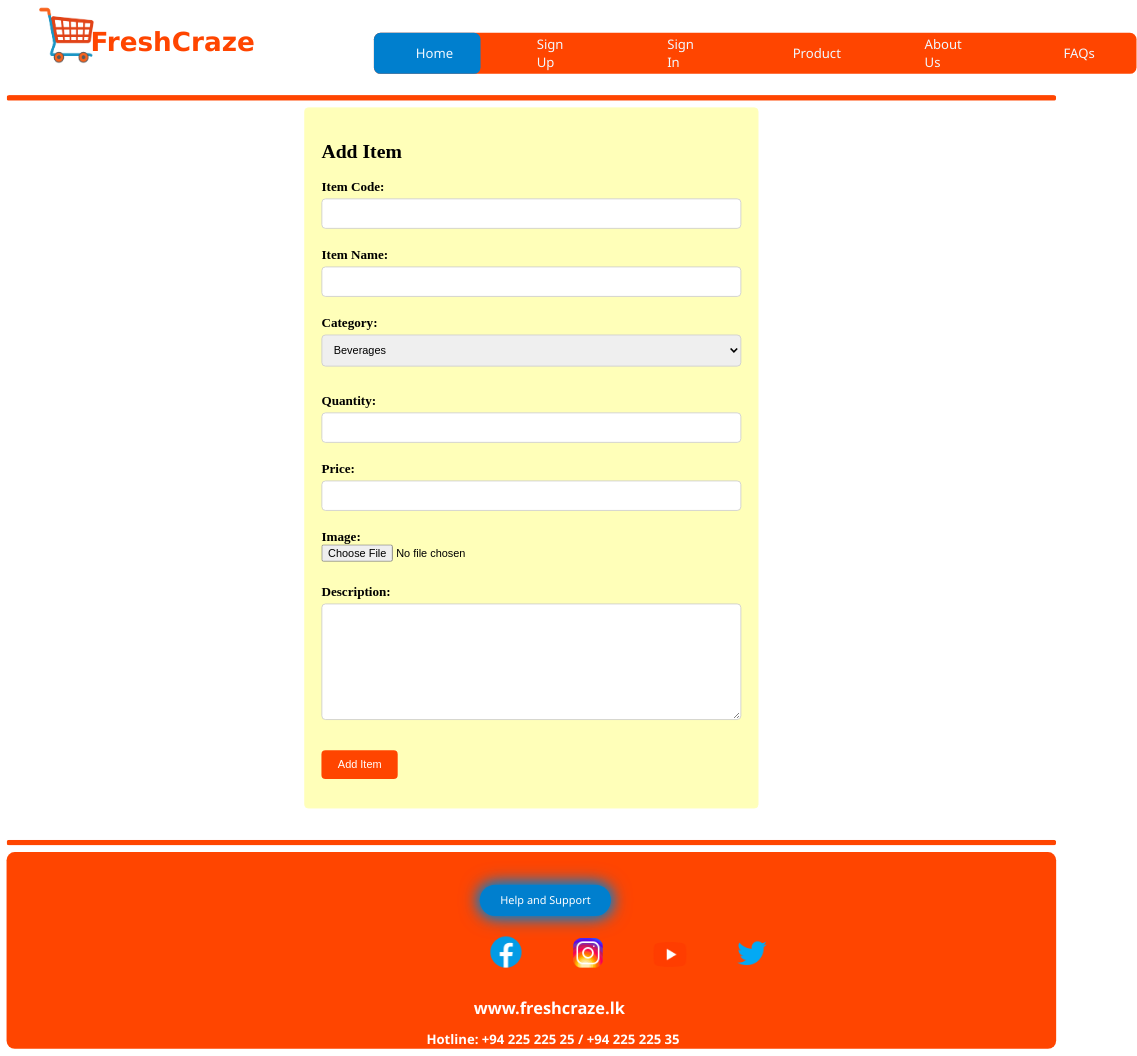
Repository: shanika2002/FreshCraze
Page: http://localhost/itemDem/addItem.jsp
The author's editor kept a copy of each file at every save. The page is drawn from the files as they stood at one save, then again after the next save.
The browser window is 1280 px wide. The page is 1386 px wide, so the pictures cover 1386 px, including what lies to the right of the window. The pictures show the whole page, at 82% of full size.
The page is served by Tomcat 9.

Above is the page before, as saved 2024-05-13 18:54:41.

After the next save:
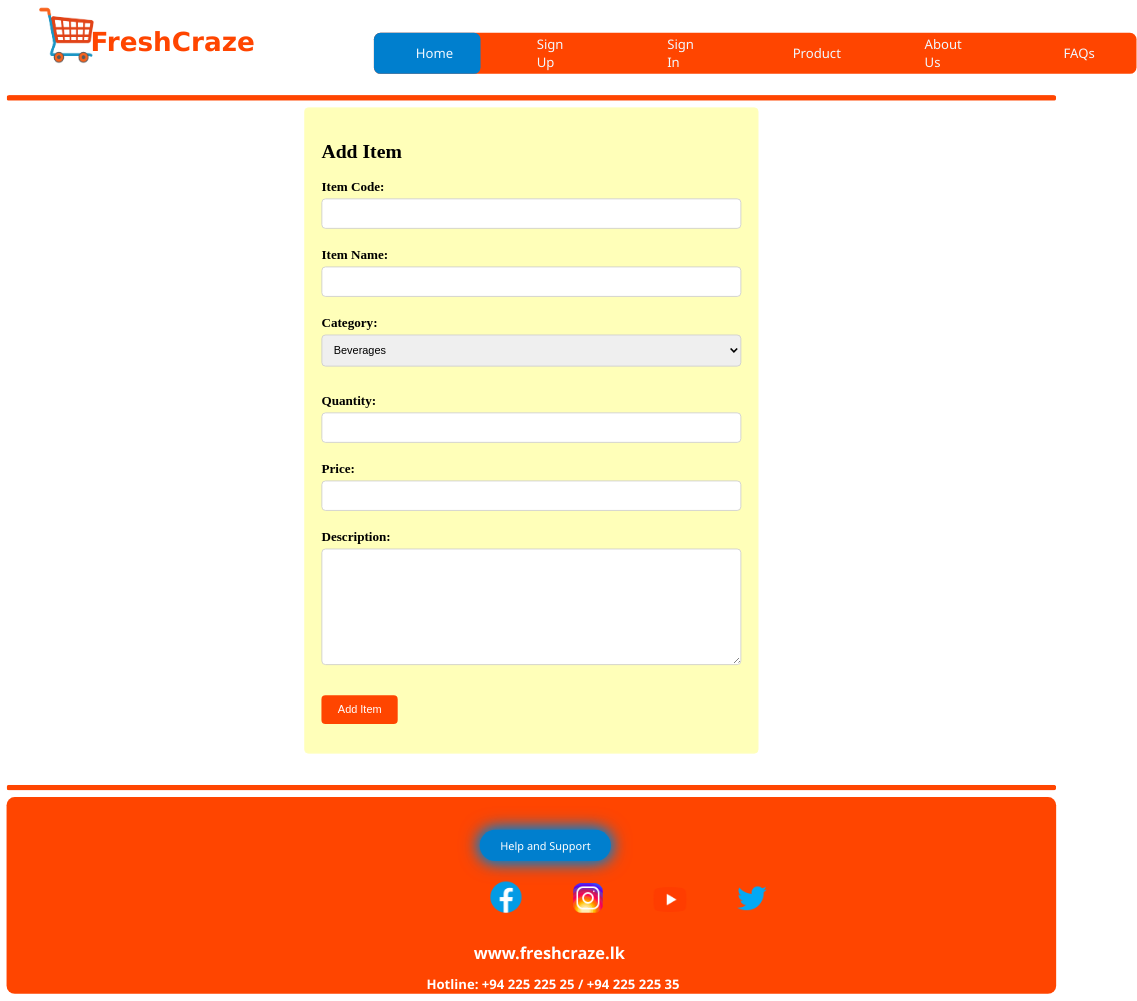
Saved 8 min 0 s later.
--- a/itemDem/src/main/webapp/addItem.jsp
+++ b/itemDem/src/main/webapp/addItem.jsp
@@ -49,9 +49,6 @@
         <label for="price">Price:</label><br>
         <input type="text" id="price" name="price" required><br><br>
 
-        <label for="image">Image:</label><br>
-        <input type="file" id="image" name="image"><br><br>
-
         <label for="description">Description:</label><br>
         <textarea id="text" name="description" rows="8" cols="100" required></textarea><br><br>
 
